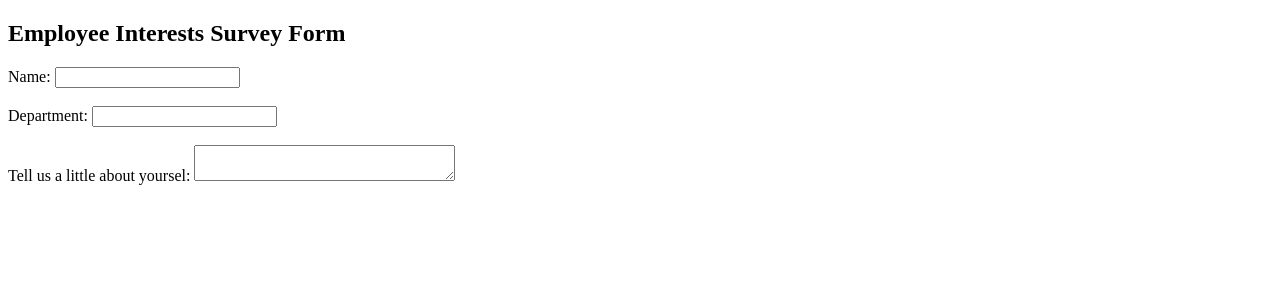
Repository: JoaoLemesDEV/Exercise-Survey-Form
Page: index.html
The author's editor kept a copy of each file at every save. The page is drawn from the files as they stood at one save, then again after the next save.
The browser window is 1280 px wide. The pictures show the whole page.

Above is the page before, as saved 2021-10-10 18:22:09.

After the next save:
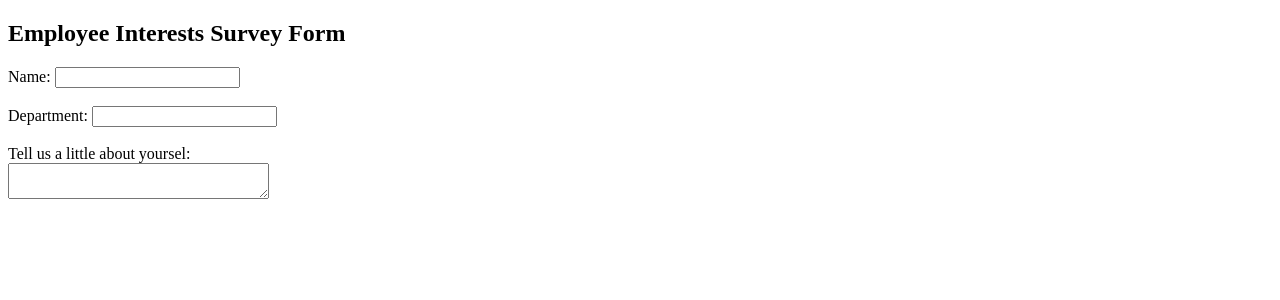
Saved 12 s later.
--- a/index.html
+++ b/index.html
@@ -12,7 +12,7 @@
   <input type="text" name="name" id=""><br><br>
   <label for="dep">Department:</label>
   <input type="text" name="dep" id=""><br><br>
-  <label for="comment">Tell us a little about yoursel:</label>
+  <label for="comment">Tell us a little about yoursel:</label><br>
   <textarea name="comment" id="comment" cols="30" rows="2"></textarea>
 
 
